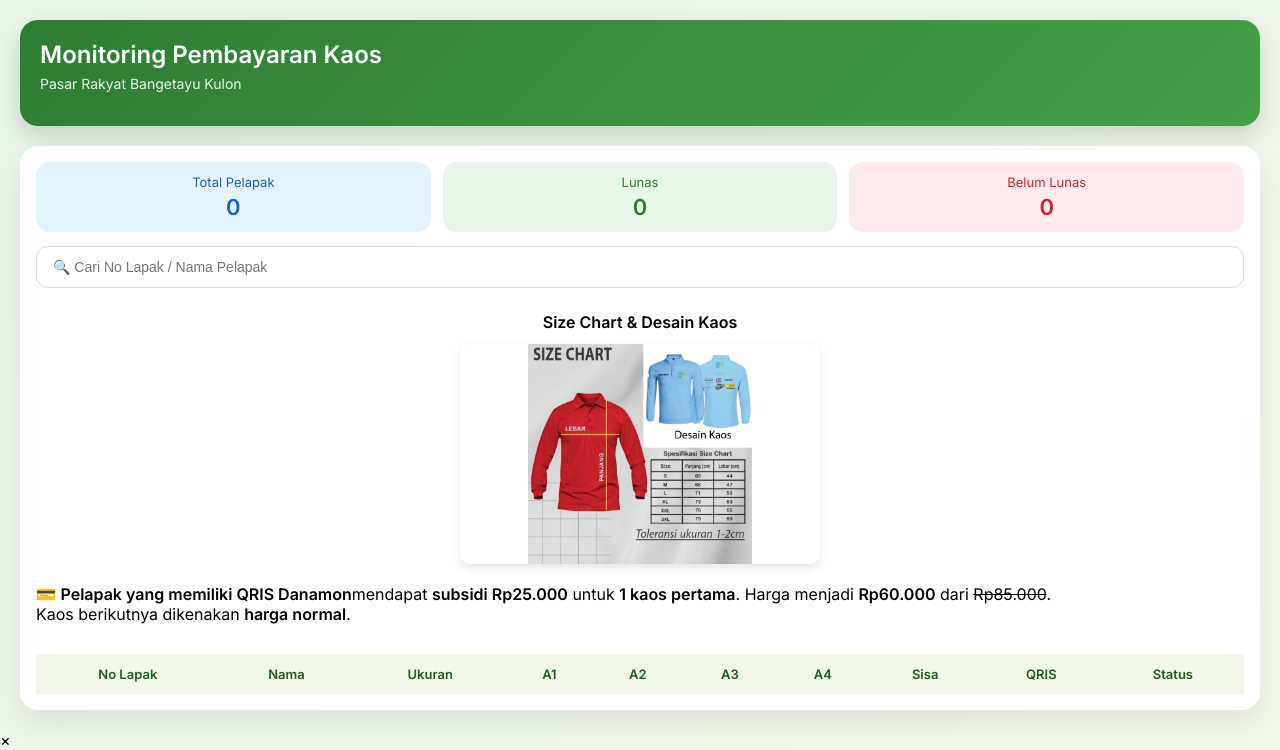
Repository: pasarrakyatbak/monitoringpembayarankaos
Page: index.html
An editor plug-in stored every save of this project. The page is shown before and after the next save, followed by the edit.
The browser window is 1280 px wide. The pictures show the whole page.
The page's requests for data from a server got no answer.

Above is the page before, as saved 2026-01-04 14:27:24.

### index.html
<!DOCTYPE html>
<html lang="id">

<head>
    <meta charset="UTF-8">
    <meta name="viewport" content="width=device-width, initial-scale=1.0">
    <title>Monitoring Pembayaran Kaos</title>

    <!-- FONT -->
    <link rel="preconnect" href="https://fonts.googleapis.com">
    <link rel="preconnect" href="https://fonts.gstatic.com" crossorigin>
    <link href="https://fonts.googleapis.com/css2?family=Inter:wght@400;500;600&display=swap" rel="stylesheet">

    <link rel="stylesheet" href="style.css">
</head>

<body>

    <div class="app">

        <!-- HEADER -->
        <header class="header">
            <h1>Monitoring Pembayaran Kaos</h1>
            <p>Pasar Rakyat Bangetayu Kulon</p>
        </header>

        <!-- CARD -->
        <div class="card">

            <!-- RINGKASAN -->
            <div class="summary" id="summary">
                <div class="summary-card total">
                    <span>Total Pelapak</span>
                    <strong id="totalPelapak">0</strong>
                </div>
                <div class="summary-card lunas">
                    <span>Lunas</span>
                    <strong id="totalLunas">0</strong>
                </div>
                <div class="summary-card belum">
                    <span>Belum Lunas</span>
                    <strong id="totalBelum">0</strong>
                </div>
            </div>

            <!-- TOOLBAR -->
            <div class="toolbar">
                <input type="text" id="searchInput" placeholder="🔍 Cari No Lapak / Nama Pelapak">
            </div>

            <!-- ====== SECTION GAMBAR KAOS ====== -->
            <section class="kaos-section">
                <h2>Size Chart & Desain Kaos</h2>

                <div class="kaos-image-wrapper">
                    <img src="assets/img/kaos.png" alt="Size Chart dan Desain Kaos" class="kaos-image" id="kaosImage">
                </div>
            </section>
            <!-- ===== INFO SUBSIDI QRIS ===== -->
            <div class="qris-info">
                <p>
                    💳 <strong>Pelapak yang memiliki QRIS Danamon</strong>mendapat
                    <strong>subsidi Rp25.000</strong> untuk
                    <strong>1 kaos pertama</strong>.
                    Harga menjadi <strong>Rp60.000</strong> dari
                    <del>Rp85.000</del>.
                    <br>
                    Kaos berikutnya dikenakan <strong>harga normal</strong>.
                </p>
            </div>
            <!-- DESKTOP TABLE -->
            <div class="desktop-view">
                <table>
                    <thead>
                        <tr>
                            <th>No Lapak</th>
                            <th>Nama</th>
                            <th>Ukuran</th>
                            <th>A1</th>
                            <th>A2</th>
                            <th>A3</th>
                            <th>A4</th>
                            <th>Sisa</th>
                            <th>QRIS</th>
                            <th>Status</th>
                        </tr>
                    </thead>
                    <tbody id="tableBody"></tbody>
                </table>
            </div>

            <!-- MOBILE CARD -->
            <div class="mobile-view" id="cardContainer"></div>

        </div>
    </div>

    <!-- ===== MODAL ZOOM GAMBAR ===== -->
    <div class="image-modal hidden" id="imageModal">
        <span class="close">&times;</span>
        <img class="modal-content" id="modalImg">
    </div>

    <!-- ===== LOADING OVERLAY ===== -->
    <div id="loadingOverlay" class="loading-overlay hidden">
        <div class="spinner"></div>
        <p>Memuat data...</p>
    </div>
    <script src="script.js"></script>
    <!-- LOADING OVERLAY -->
    <div id="loadingOverlay" class="loading-overlay hidden">
        <div class="spinner"></div>
        <p>Memuat data...</p>
    </div>
</body>

</html>

### style.css
* {
  box-sizing: border-box;
}

body {
  margin: 0;
  font-family: 'Inter', sans-serif;
  background: linear-gradient(135deg, #e8f5e9, #f1f8e9);
}

.app {
  max-width: 1400px;
  margin: auto;
  padding: 20px;
}

/* ================= HEADER ================= */
.header {
  background: linear-gradient(135deg, #2e7d32, #43a047);
  color: #fff;
  padding: 20px;
  border-radius: 18px;
  box-shadow: 0 10px 25px rgba(0, 0, 0, .15);
}

.header h1 {
  margin: 0;
  font-size: 24px;
}

.header p {
  margin-top: 6px;
  opacity: .9;
  font-size: 14px;
}

/* ================= CARD ================= */
.card {
  margin-top: 20px;
  background: #fff;
  border-radius: 18px;
  padding: 16px;
  box-shadow: 0 12px 30px rgba(0, 0, 0, .08);
}

/* ================= SUMMARY ================= */
.summary {
  display: grid;
  grid-template-columns: repeat(3, 1fr);
  gap: 12px;
  margin-bottom: 14px;
}

.summary-card {
  background: #f5f5f5;
  border-radius: 14px;
  padding: 12px;
  text-align: center;
  font-size: 13px;
}

.summary-card strong {
  display: block;
  font-size: 22px;
  margin-top: 4px;
}

.summary-card.total {
  background: #e3f2fd;
  color: #1565c0;
}

.summary-card.lunas {
  background: #e8f5e9;
  color: #2e7d32;
}

.summary-card.belum {
  background: #ffebee;
  color: #c62828;
}

/* ================= TOOLBAR ================= */
.toolbar input {
  width: 100%;
  padding: 12px 16px;
  border-radius: 12px;
  border: 1px solid #ddd;
  font-size: 14px;
}

.toolbar input:focus {
  outline: none;
  border-color: #2e7d32;
}

/* ================= TABLE ================= */
.desktop-view {
  overflow-x: auto;
}

table {
  width: 100%;
  border-collapse: collapse;
  margin-top: 14px;
  min-width: 1000px;
}

thead th {
  background: #f1f8e9;
  color: #1b5e20;
  padding: 12px;
  font-size: 13px;
  position: sticky;
  top: 0;
}

tbody td {
  padding: 12px;
  font-size: 13px;
  text-align: center;
  border-bottom: 1px solid #eee;
}

tbody tr:hover {
  background: #fafafa;
}

/* 🔴 AUTO MERAH BELUM LUNAS */
tr.belum-lunas {
  background: #ffebee !important;
}

tr.belum-lunas:hover {
  background: #ffcdd2 !important;
}

/* ================= BADGE ================= */
.badge {
  padding: 4px 10px;
  border-radius: 20px;
  font-size: 12px;
  font-weight: 600;
}

.badge-lunas {
  background: #e8f5e9;
  color: #2e7d32;
}

.badge-belum {
  background: #fff3e0;
  color: #ef6c00;
}

.badge-yes {
  background: #e3f2fd;
  color: #1565c0;
}

.badge-no {
  background: #fce4ec;
  color: #c2185b;
}

/* ================= MOBILE CARD ================= */
.mobile-view {
  display: none;
  margin-top: 16px;
  gap: 14px;
}

.pelapak-card {
  background: #fff;
  border-radius: 16px;
  padding: 14px;
  box-shadow: 0 8px 20px rgba(0, 0, 0, .08);
  border-left: 6px solid #2e7d32;
}

/* 🔴 CARD MERAH BELUM LUNAS */
.pelapak-card.belum-lunas {
  border-left-color: #c62828;
  background: #fff5f5;
}

.pelapak-header {
  display: flex;
  justify-content: space-between;
  align-items: center;
}

.lapak {
  font-weight: 600;
  color: #1b5e20;
}

.nama {
  font-size: 13px;
  color: #555;
}

.pelapak-body {
  margin-top: 10px;
  display: grid;
  grid-template-columns: repeat(2, 1fr);
  gap: 8px;
}

.item {
  background: #f1f8e9;
  border-radius: 10px;
  padding: 8px;
  text-align: center;
  font-size: 12px;
}

.item span {
  display: block;
  font-size: 11px;
  color: #666;
}

.summary {
  display: grid;
  grid-template-columns: repeat(3, 1fr);
  gap: 12px;
  margin-bottom: 14px;
}

.summary-card {
  border-radius: 14px;
  padding: 12px;
  text-align: center;
  font-size: 13px;
}

.summary-card strong {
  display: block;
  font-size: 22px;
  margin-top: 4px;
}

.summary-card.total {
  background: #e3f2fd;
  color: #1565c0;
}

.summary-card.lunas {
  background: #e8f5e9;
  color: #2e7d32;
}

.summary-card.belum {
  background: #ffebee;
  color: #c62828;
}

/* ================= LOADING ================= */
.loading-overlay {
  position: fixed;
  top: 0;
  left: 0;
  width: 100%;
  height: 100%;
  background: rgba(255, 255, 255, 0.85);
  display: flex;
  flex-direction: column;
  align-items: center;
  justify-content: center;
  z-index: 9999;
  backdrop-filter: blur(4px);
}

.loading-overlay p {
  margin-top: 12px;
  font-size: 14px;
  color: #2e7d32;
  font-weight: 500;
}

.loading-overlay.hidden {
  display: none;
}

.spinner {
  width: 48px;
  height: 48px;
  border: 5px solid #e0e0e0;
  border-top: 5px solid #2e7d32;
  border-radius: 50%;
  animation: spin 1s linear infinite;
}

@keyframes spin {
  to {
    transform: rotate(360deg);
  }
}

/* =============================
   SECTION GAMBAR KAOS
============================= */
.kaos-section {
  margin-top: 24px;
  text-align: center;
}

.kaos-section h2 {
  font-size: 16px;
  font-weight: 600;
  margin-bottom: 12px;
}

/* WRAPPER */
.kaos-image-wrapper {
  max-width: 360px;
  /* BATAS LEBAR */
  margin: 0 auto;
}

/* GAMBAR */
.kaos-image {
  width: 100%;
  max-height: 220px;
  /* BATAS TINGGI */
  object-fit: contain;
  border-radius: 10px;
  box-shadow: 0 4px 10px rgba(0, 0, 0, .1);
}

/* TEKS HINT */
.hint {
  font-size: 12px;
  color: #777;
  margin-top: 6px;
}

/* =============================
   RESPONSIVE DESKTOP
============================= */
/* ================= RESPONSIVE ================= */
@media (max-width: 768px) {
  .summary {
    grid-template-columns: 1fr;
  }

  .kaos-image-wrapper {
    max-width: 420px;
  }

  .kaos-image {
    max-height: 260px;
  }

  .desktop-view {
    display: none;
  }

  .mobile-view {
    display: grid;
    grid-template-columns: 1fr;
    gap: 16px;
  }

  .summary {
    grid-template-columns: 1fr;
  }

  .lapak {
    font-size: 16px;
  }

  .nama {
    font-size: 14px;
  }

  .pelapak-body {
    font-size: 13px;
  }

  .item.full {
    grid-column: span 2;
  }

  .item strong {
    font-weight: 600;
    color: #2e7d32;
  }
}

### script.js
const API_URL = "https://script.google.com/macros/s/AKfycby4z2qZ24SrJkcyGpybH29lSUC_3_z1LG-7wSmTzpaOEXrwjXf0Cl3hqkg95qAxPj1-/exec";

let allData = [];

document.addEventListener('DOMContentLoaded', () => {
    const searchInput = document.getElementById('searchInput');
    const tableBody = document.getElementById('tableBody');
    const cardContainer = document.getElementById('cardContainer');

    const loadingOverlay = document.getElementById('loadingOverlay');

    // =============================
    // LOADING HELPER
    // =============================
    function showLoading() {
        loadingOverlay.classList.remove('hidden');
    }

    function hideLoading() {
        loadingOverlay.classList.add('hidden');
    }

    // =============================
    // LOAD DATA
    // =============================
    async function loadData() {
        try {
            showLoading();

            const res = await fetch(API_URL + "?action=list");
            const data = await res.json();

            allData = data;
            renderAll(data);
            renderSummary(data);

        } catch (err) {
            console.error(err);
            alert("Gagal memuat data");
        } finally {
            hideLoading();
        }
    }

    // =============================
    // SUMMARY
    // =============================
    function renderSummary(data) {
        const totalPelapak = data.length;
        const totalLunas = data.filter(d => d.lunas).length;
        const totalBelum = totalPelapak - totalLunas;

        document.getElementById('totalPelapak').textContent = totalPelapak;
        document.getElementById('totalLunas').textContent = totalLunas;
        document.getElementById('totalBelum').textContent = totalBelum;
    }

    // =============================
    // RENDER ALL
    // =============================
    function renderAll(data) {
        renderTable(data);
        renderCard(data);
    }

    // =============================
    // TABLE (DESKTOP)
    // =============================
    function renderTable(data) {
        tableBody.innerHTML = '';

        data.forEach((row, index) => {
            const statusText = row.lunas ? 'Lunas' : 'Belum';
            const statusBadge = row.lunas ? 'badge-lunas' : 'badge-belum';
            const rowClass = row.lunas ? '' : 'belum-lunas';

            tableBody.innerHTML += `
        <tr class="${rowClass}">
          <td>${row.noLapak}</td>
          <td>${row.nama}</td>
          <td>${row.ukuran}</td>
          <td>${row.a1}</td>
          <td>${row.a2}</td>
          <td>${row.a3}</td>
          <td>${row.a4}</td>
          <td>Rp ${Number(row.total).toLocaleString('id-ID')}</td>
          <td>
            <input type="checkbox" ${row.qris ? 'checked' : ''} data-index="${index}">
          </td>
          <td>
            <span class="badge ${statusBadge}">${statusText}</span>
          </td>
        </tr>
      `;
        });
    }

    // =============================
    // CARD (MOBILE)
    // =============================
    function renderCard(data) {
        cardContainer.innerHTML = '';

        data.forEach((row, index) => {
            const statusText = row.lunas ? 'Lunas' : 'Belum';
            const statusBadge = row.lunas ? 'badge-lunas' : 'badge-belum';
            const cardClass = row.lunas ? '' : 'belum-lunas';

            cardContainer.innerHTML += `
        <div class="pelapak-card ${cardClass}">
          <div class="pelapak-header">
            <div>
              <div class="lapak">Lapak ${row.noLapak}</div>
              <div class="nama">${row.nama}</div>
            </div>
            <span class="badge ${statusBadge}">${statusText}</span>
          </div>

          <div class="pelapak-body">
            <div class="item"><span>Ukuran</span><strong>${row.ukuran}</strong></div>
            <div class="item">
              <span>QRIS</span>
              <input type="checkbox" ${row.qris ? 'checked' : ''} data-index="${index}">
            </div>
            <div class="item"><span>A1</span><strong>${row.a1}</strong></div>
            <div class="item"><span>A2</span><strong>${row.a2}</strong></div>
            <div class="item"><span>A3</span><strong>${row.a3}</strong></div>
            <div class="item"><span>A4</span><strong>${row.a4}</strong></div>
            <div class="item full">
              <span>Total</span>
              <strong>Rp ${Number(row.total).toLocaleString('id-ID')}</strong>
            </div>
          </div>
        </div>
      `;
        });
    }

    // =============================
    // UPDATE QRIS (WITH LOADING)
    // =============================
    document.body.addEventListener('change', async (e) => {
        if (e.target.type === 'checkbox' && e.target.dataset.index !== undefined) {
            const index = e.target.dataset.index;

            try {
                showLoading();

                const formData = new FormData();
                formData.append("action", "updateQRIS");
                formData.append("index", index);
                formData.append("qris", e.target.checked ? "true" : "false");

                await fetch(API_URL, {
                    method: "POST",
                    body: formData
                });

                await loadData();
            } catch (err) {
                console.error(err);
                alert("Gagal update data");
            } finally {
                hideLoading();
            }
        }
    });

    // =============================
    // SEARCH
    // =============================
    searchInput.addEventListener('keyup', () => {
        const keyword = searchInput.value.toLowerCase();

        const filtered = allData.filter(item =>
            item.noLapak.toString().includes(keyword) ||
            item.nama.toLowerCase().includes(keyword)
        );

        renderAll(filtered);
        renderSummary(filtered);
    });

    // INIT
    loadData();
});

After the next save:
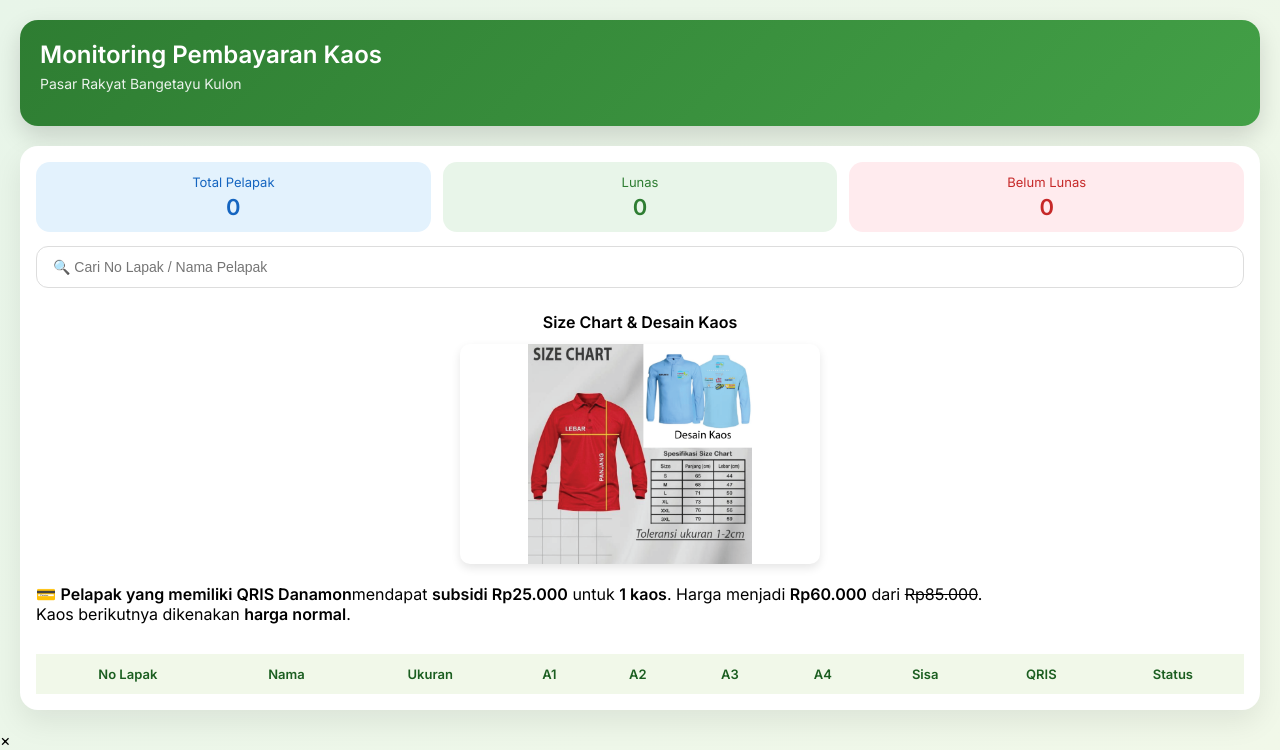
Saved 6 s later.
--- a/index.html
+++ b/index.html
@@ -61,7 +61,7 @@
                 <p>
                     💳 <strong>Pelapak yang memiliki QRIS Danamon</strong>mendapat
                     <strong>subsidi Rp25.000</strong> untuk
-                    <strong>1 kaos pertama</strong>.
+                    <strong>1 kaos</strong>.
                     Harga menjadi <strong>Rp60.000</strong> dari
                     <del>Rp85.000</del>.
                     <br>
